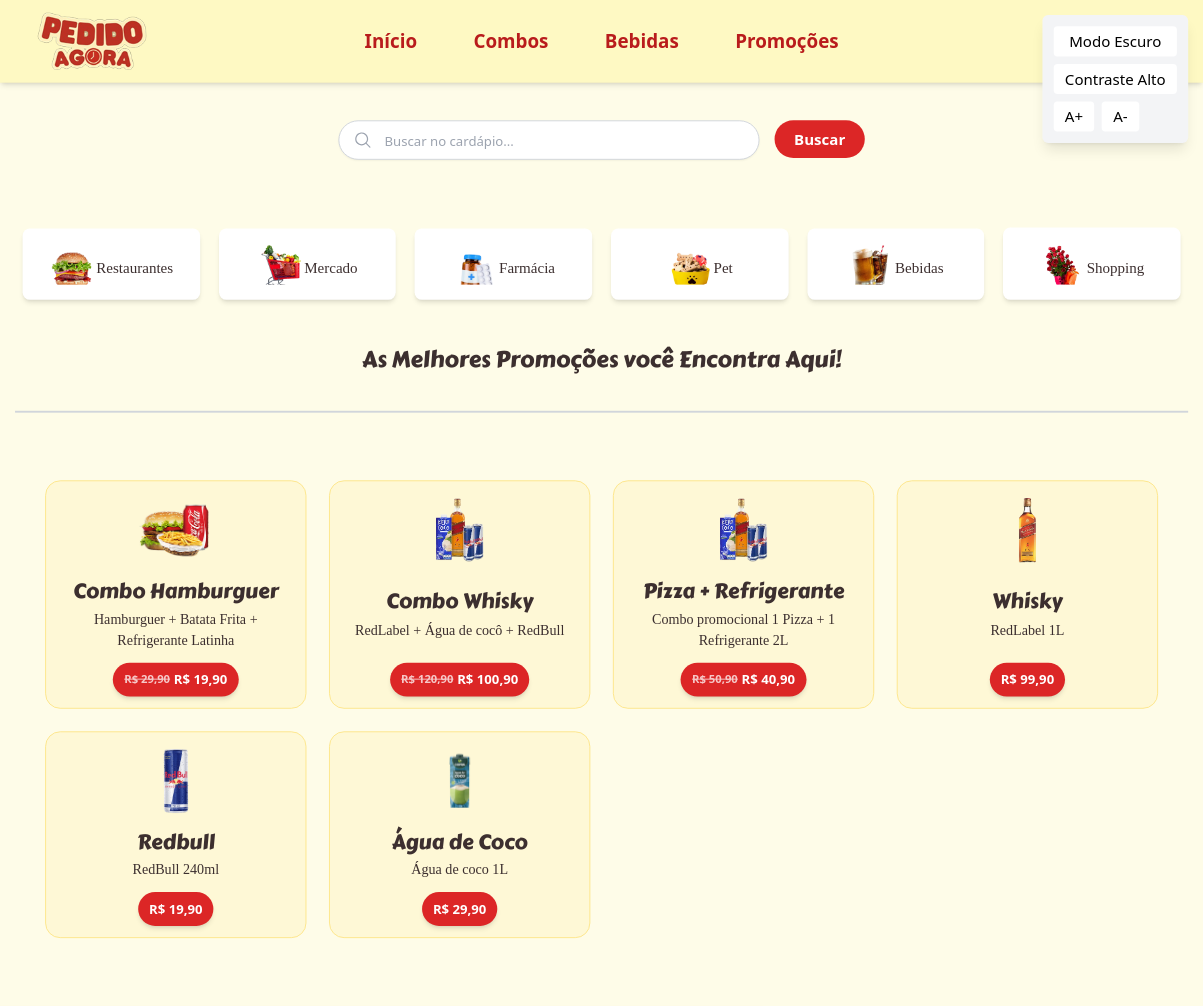
Repository: edufilhocruz/pedidoagora
Page: /pagePromocoes
These files come from the project's save history. The page is drawn as it stood at one moment and after a run of saves; the edit follows.
The browser window is 1280 px wide. The pictures show the whole page, at 94% of full size.
Some web fonts or font styles are not loaded; a fallback is used. The project was rebuilt for these pictures with package versions that can differ from the ones it lists, and the page was loaded fresh each time. The framework's server and built-in components were replaced by stand-ins that run in the browser. Also part of the build but not shown: next.config.mjs, src/components/CardsRestaurantes.jsx.

Above is the page before, as saved 2025-06-21 20:56:05.

After the next 2 saves:
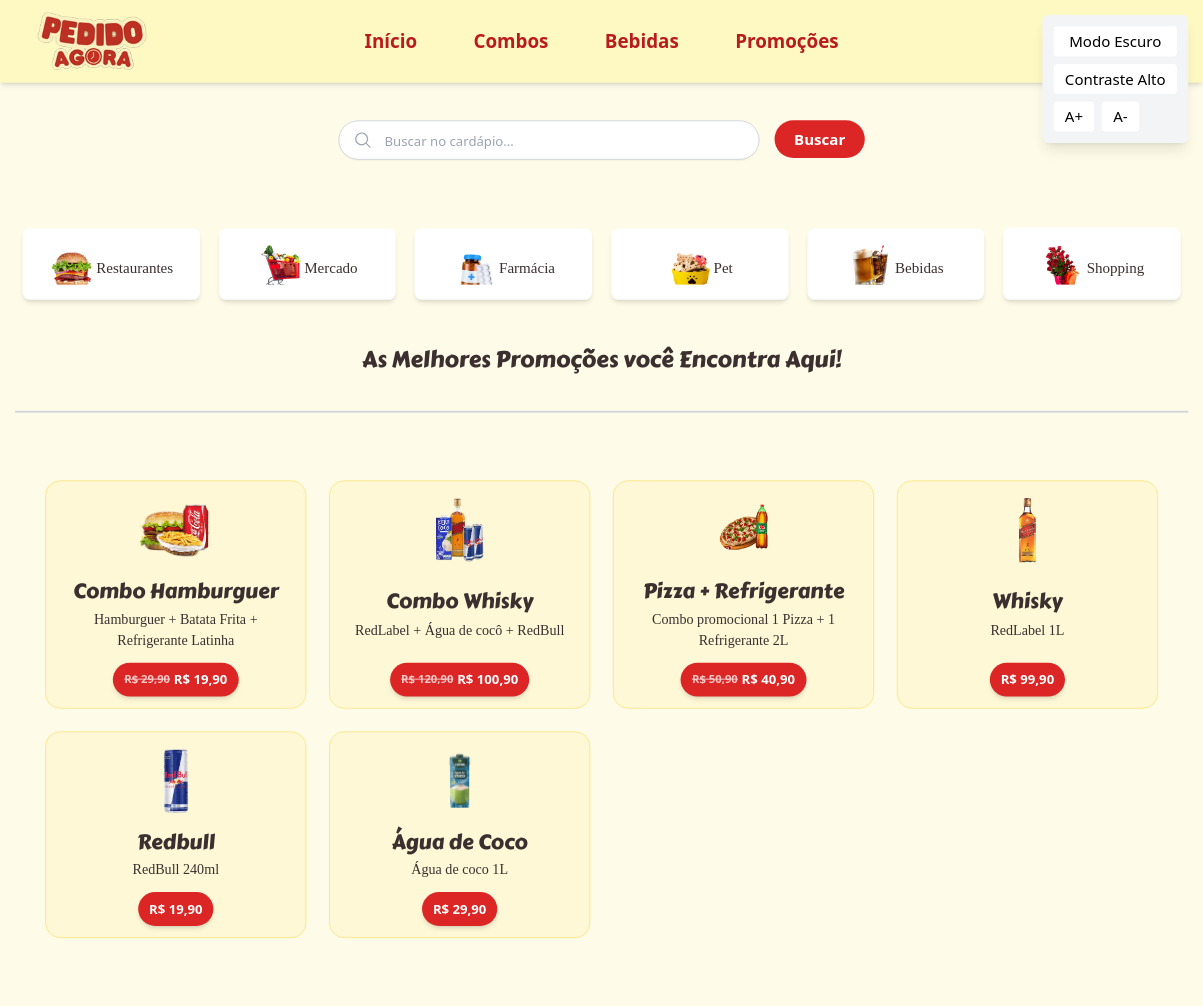
The 2 saves are shown as one change because they came seconds apart.
The last was saved 10 s later.
--- a/src/components/PagePromocoes/CardsPromocoes.jsx
+++ b/src/components/PagePromocoes/CardsPromocoes.jsx
@@ -27,7 +27,7 @@
         1 Pizza + 1 Refrigerante 2L`,
         originalPrice: "R$ 50,90",
         discountPrice: "R$ 40,90",
-        image: "/images/comboBebidas.png"
+        image: "/images/comboPizza.png"
     },
     {
         id: 'Whisky',
